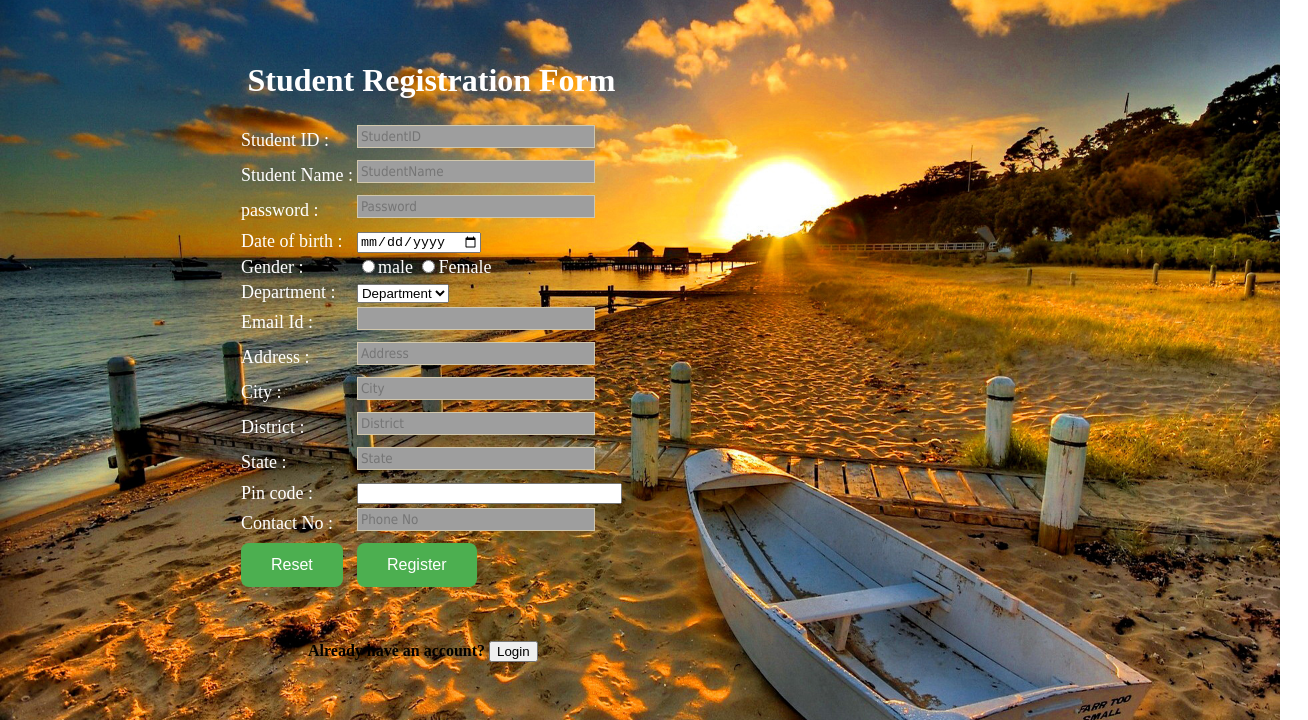
Repository: srikanthModugu/jdbc-servlet-jsp
Page: SutudentRegistration/WebContent/Registration.html
The author's editor kept a copy of each file at every save. The page is drawn from the files as they stood at one save, then again after the next save.
The browser window is 1280 px wide. The page is 1308 px wide, so the pictures cover 1308 px, including what lies to the right of the window. The pictures show the whole page.
Pictures or frames that could not be fetched are drawn as grey boxes.

Above is the page before, as saved 2017-10-03 10:21:29.

### SutudentRegistration/WebContent/Registration.html
<!DOCTYPE html>
<html>
<head>
<meta charset="UTF-8">
<title>Registration Page</title>
<style type="text/css">
.button {
	border: none;
	border-radius: 8px;
	color: white;
	padding: 13px 30px;
	text-align: center;
	text-decoration: none;
	background-color: #4CAF50;
	display: inline-block;
	font-size: 16px;
}
.tb10 {
	background-image:url(images/form_bg.jpg);
	background-repeat:repeat-x;
	border:1px solid #d1c7ac;
	width: 230px;
	color:#333333;
	padding:3px;
	margin-right:4px;
	margin-bottom:8px;
	font-family:tahoma, arial, sans-serif;
}
.bg {
    /* The image used */
    background-image: url("back.jpg");

    /* Full height */
    height: 100%;

    /* Center and scale the image nicely */
    background-position: center;
    background-repeat: no-repeat;
    background-size: cover;
}

input[type=submit]
{
	border: none;
	border-radius: 8px;
	color: white;
	padding: 13px 30px;
	text-align: center;
	text-decoration: none;

	display: inline-block;
	font-size: 16px;
}

button:hover {
	background-color: #4CAF50;
	color: white;
	box-shadow: 0 12px 16px 0 rgba(0, 0, 0, 0.24), 0 17px 50px 0
		rgba(0, 0, 0, 0.19);
}

td {
	font-size: 18px;
}
</style>

</head>
<body class="bg">


		<div style="height: 700px; width: 1300px; color: white; float: left;">

			<div style="height: 700px; width: 200px;  float: left;">

			</div>

			<div
				style="height: 700px; width: 700px;  color: black; float: left;">
				<form action="Registration" method="get" >
					<table style="height: 600; width: 700; margin: 30px;  color: white;">

						<tr>
							<th colspan="2"><h1>Student Registration Form</h1></th>
						</tr>

						<tr>
							<td>Student ID :</td>
							<td><input class="tb10" type='text' name='studentid' size='30' placeholder="StudentID" ><br></td>
						</tr>

						<tr>
							<td>Student Name :</td>
							<td><input class="tb10" type='text' name='studentName' size='30'placeholder="StudentName"><br></td>
						</tr>

						<tr>
							<td>password :</td>
							<td><input class="tb10" type='password' name='password' size='30' placeholder="Password" ><br></td>
						</tr>

						<tr>
							<td>Date of birth :</td>
							<td><input type='date'  name="DOB">
							<br></td>
						</tr>

						<tr>
							<td>Gender :</td>
							<td><input type='radio' name='gender' value='male'>male
								<input type='radio' name='gender' value='female'>Female<br></td>
						</tr>

						<tr>
							<td>Department :</td>
							<td><select name='department'>
									<option>Department</option>
									<option>Computer</option>
									<option>Civil</option>
									<option>E & TC</option>
									<option>Mechanical</option>
									<option>IT</option>
							</select></td>
						</tr>

						<tr>
							<td>Email Id :</td>
							<td><input  class="tb10" type='email' name='emailId' size='30'><br></td>
						</tr>

						<tr>
							<td>Address :</td>
							<td><input  class="tb10" type='text' name='address' placeholder="Address" size='30'><br></td>
						</tr>

						<tr>
							<td>City :</td>
							<td><input class="tb10" type='text' name='city' size='30'placeholder="City"><br></td>
						</tr>

						<tr>
							<td>District :</td>
							<td><input class="tb10" type='text' name='district' size='30' placeholder="District"><br></td>
						</tr>

						<tr>
							<td>State :</td>
							<td><input class="tb10" type='text' name='state' size='30'placeholder="State"><br></td>
						</tr>

						<tr>
							<td>Pin code :</td>
							<td><input type='text' name='pincode' size='30' maxlength="6"><br></td>
						</tr>

						<tr>
							<td>Contact No :</td>
							<td><input class="tb10" type='text' name='mobileNo' size='30' placeholder="Phone No"><br></td>
						</tr>


						<tr>
							<td><button class="button" type="submit" formaction="RegisterForm.html">Reset</button></td>
							<td><input class="button" type="submit" value="Register" ></td>
						</tr>
					</table>

					<div
						style="height: 25px; width: 400px;  color: black; float: left; margin-left: 100px">
						<h4>
							Already have an account?
							<button type="submit" formaction="LoginPage.html">Login</button>
						</h4>
					</div>
				</form>


			</div>

	</div>

</html>

After the next save:
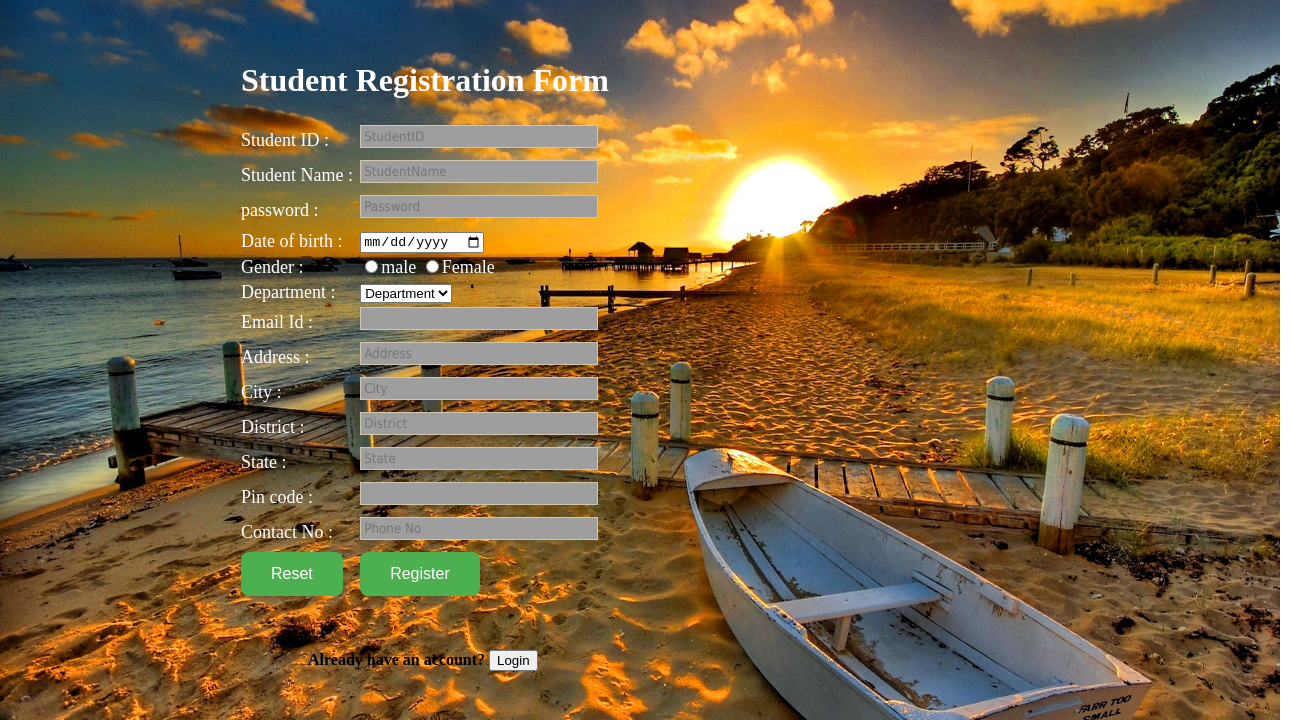
Saved 43 s later.
--- a/SutudentRegistration/WebContent/Registration.html
+++ b/SutudentRegistration/WebContent/Registration.html
@@ -149,7 +149,7 @@ td {
 
 						<tr>
 							<td>Pin code :</td>
-							<td><input type='text' name='pincode' size='30' maxlength="6"><br></td>
+							<td><input class="tb10" type='text' name='pincode' size='30' maxlength="6"><br></td>
 						</tr>
 
 						<tr>
